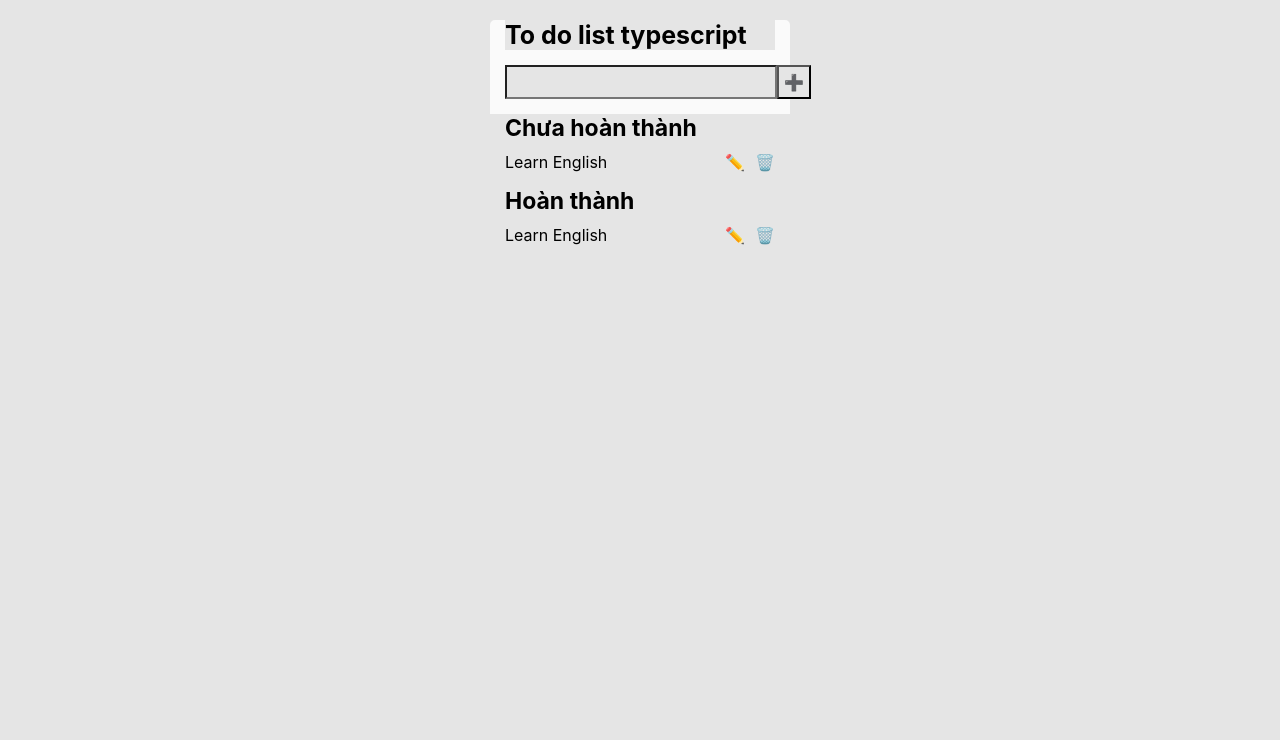
Repository: ChauVanLoc/TodoList-Reactjs
Page: / (app in todo-app/)
These files come from the project's save history. The page is drawn as it stood at one moment and after the next save; the edit follows.
The browser window is 1280 px wide. The pictures show the whole page.
The project was rebuilt for these pictures with package versions that can differ from the ones it lists, and the page was loaded fresh each time.

Above is the page before, as saved 2022-12-04 20:18:07.

### todo-app/src/index.tsx
import React from "react";
import ReactDOM from "react-dom/client";
import TodoList from "./components/TodoList/TodoList";
import "./index.css";
import reportWebVitals from "./reportWebVitals";

const root = ReactDOM.createRoot(
  document.getElementById("root") as HTMLElement
);
root.render(
  <React.StrictMode>
    <TodoList />
  </React.StrictMode>
);

// If you want to start measuring performance in your app, pass a function
// to log results (for example: reportWebVitals(console.log))
// or send to an analytics endpoint. Learn more: https://bit.ly/CRA-vitals
reportWebVitals();

### todo-app/src/components/TodoList/TodoList.tsx
import React from "react";
import TaskInput from "../TaskInput/TaskInput";
import TaskList from "../TaskList/TaskList";
import TodoStyle from "./TodoListStyle.module.scss";

type Props = {};

function TodoList({}: Props) {
  return (
    <div className={TodoStyle["container"]}>
      <div className={TodoStyle["header"]}>To do list typescript</div>
      <TaskInput />
      <div>
        <TaskList title="Chưa hoàn thành" />
        <TaskList title="Hoàn thành" />
      </div>
    </div>
  );
}

export default TodoList;

### todo-app/src/index.css
*,
*:before,
*:after {
  box-sizing: border-box;
}

* {
  margin: 0;
  padding: 0;
  font: inherit;
}

img,
picture,
svg,
video {
  display: block;
  max-width: 100%;
}

body {
  min-height: 100vh;
  margin: 0;
  font-family: -apple-system, BlinkMacSystemFont, 'Segoe UI', 'Roboto', 'Oxygen',
    'Ubuntu', 'Cantarell', 'Fira Sans', 'Droid Sans', 'Helvetica Neue',
    sans-serif;
  -webkit-font-smoothing: antialiased;
  -moz-osx-font-smoothing: grayscale;
}

* {
  background-color: #E5E5E5;
}

code {
  font-family: source-code-pro, Menlo, Monaco, Consolas, 'Courier New',
    monospace;
}

### todo-app/src/components/TaskInput/TaskInput.tsx
import React from "react";
import taskInputStyled from "./TaskInputStyle.module.scss";
type Props = {};

function TaskInput({}: Props) {
  return (
    <div className={taskInputStyled["wrapTaskInput"]}>
      <input type="text" name="keySearch" id="" />
      <button>➕</button>
    </div>
  );
}

export default TaskInput;

### todo-app/src/components/TaskList/TaskList.tsx
import React from "react";
import taskListStyled from "./TaskListStyle.module.scss";
type Props = {
  title: string;
  // content;
};

function TaskList({ title }: Props) {
  return (
    <div className={taskListStyled["content"]}>
      <div className={taskListStyled["title"]}>{title}</div>
      <div className={taskListStyled["wrapContent"]}>
        <div className={taskListStyled["row"]}>
          <div>
            <span>Learn English</span>
          </div>
          <div className={taskListStyled["toolBox"]}>
            <span>✏️</span>
            <span>🗑️</span>
          </div>
        </div>
      </div>
    </div>
  );
}

export default TaskList;

### todo-app/src/components/TodoList/TodoListStyle.module.scss
.container {
  width: 300px;
  height: auto;
  margin: 20px auto;
  background-color: #fafafa;
  border: 1px solid none;
  border-radius: 5px;
  .header {
    width: 270px;
    font-weight: bold;
    font-size: 25px;
    margin: 0 auto 15px auto;
  }
}

### todo-app/src/components/TaskInput/TaskInputStyle.module.scss
.wrapTaskInput {
  width: 270px;
  height: auto;
  margin-left: auto;
  margin-right: auto;
  display: flex;
  justify-content: space-between;
  input {
    padding: 5px 10px;
    outline: none;
  }
  button {
    padding: 5px;
  }
}

### todo-app/src/components/TaskList/TaskListStyle.module.scss
.content {
  width: 270px;
  height: auto;
  margin: 15px auto 0 auto;
  .title {
    margin-bottom: 10px;
    font-weight: bold;
    font-size: 23px;
  }
  .wrapContent {
    .row {
      display: flex;
      flex-direction: row;
      justify-content: space-between;
    }
    .toolBox {
      span:nth-child(2) {
        margin-left: 10px;
      }
    }
  }
}

Loaded but not shown: todo-app/public/index.html (common file); todo-app/src/reportWebVitals.ts (common file)

After the next save:
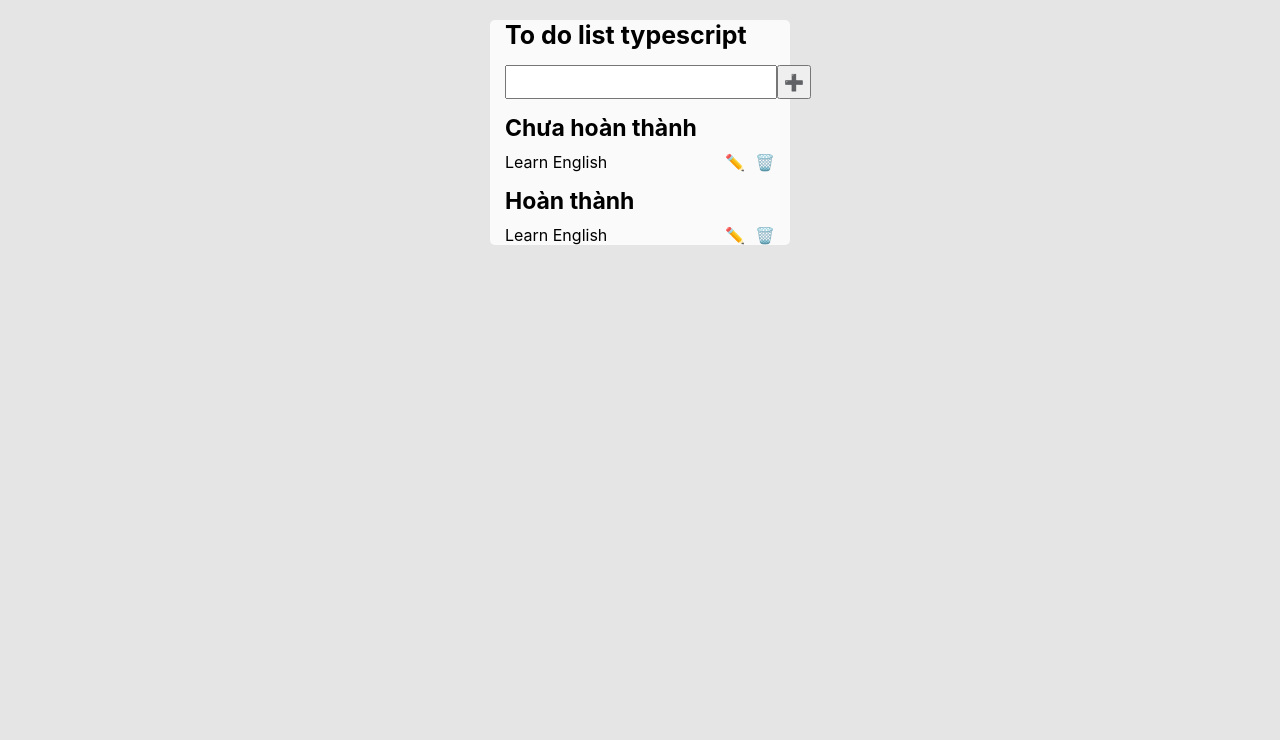
Saved 23 s later.
--- a/todo-app/src/index.css
+++ b/todo-app/src/index.css
@@ -26,11 +26,10 @@ body {
     sans-serif;
   -webkit-font-smoothing: antialiased;
   -moz-osx-font-smoothing: grayscale;
+  background-color: #E5E5E5;
 }
 
-* {
-  background-color: #E5E5E5;
-}
+* {}
 
 code {
   font-family: source-code-pro, Menlo, Monaco, Consolas, 'Courier New',
